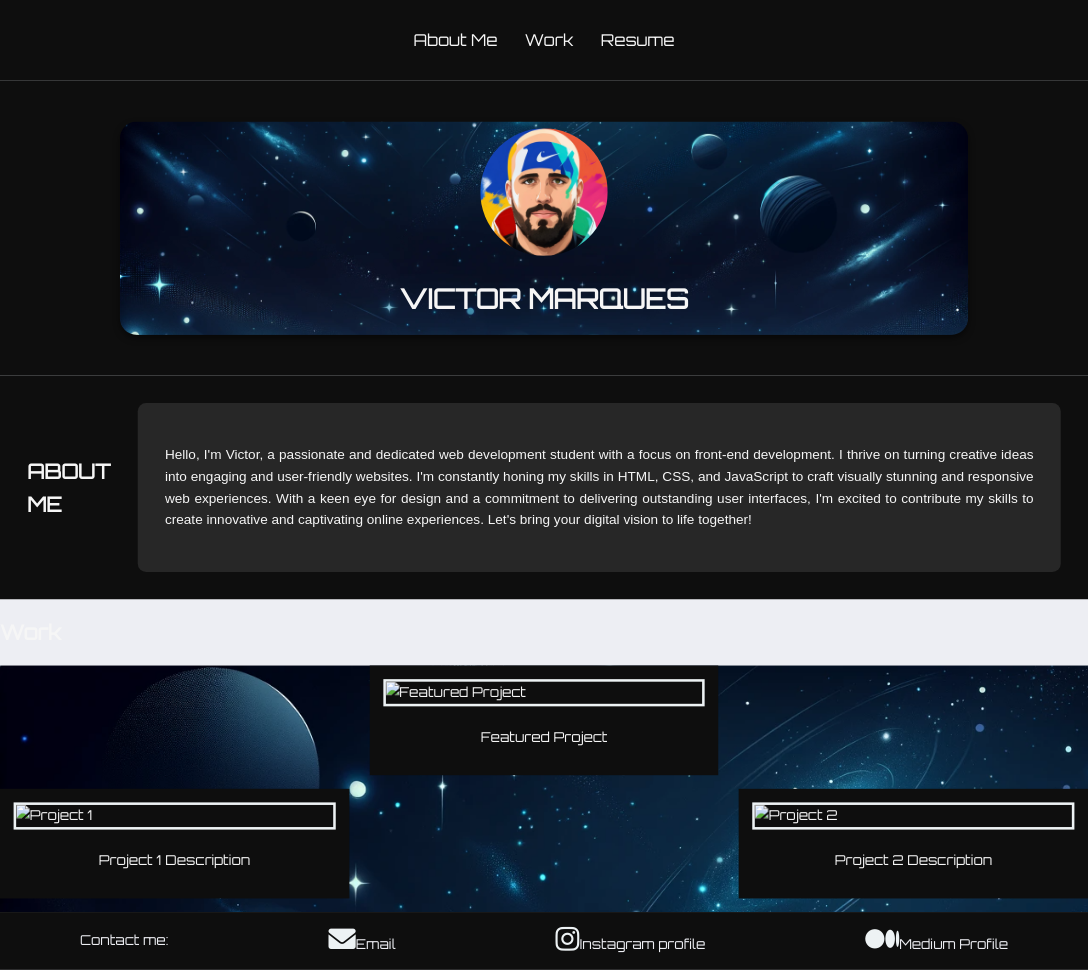
Repository: uvee35/Challenge2-Victor
Page: index.html
An editor plug-in stored every save of this project. The page is shown before and after the next save, followed by the edit.
The browser window is 1280 px wide. The pictures show the whole page, at 85% of full size.

Above is the page before, as saved 2023-12-12 22:14:40.
Not found: assets/project-featured.png
Not found: assets/project1.png
Not found: assets/project2.png

After the next save:
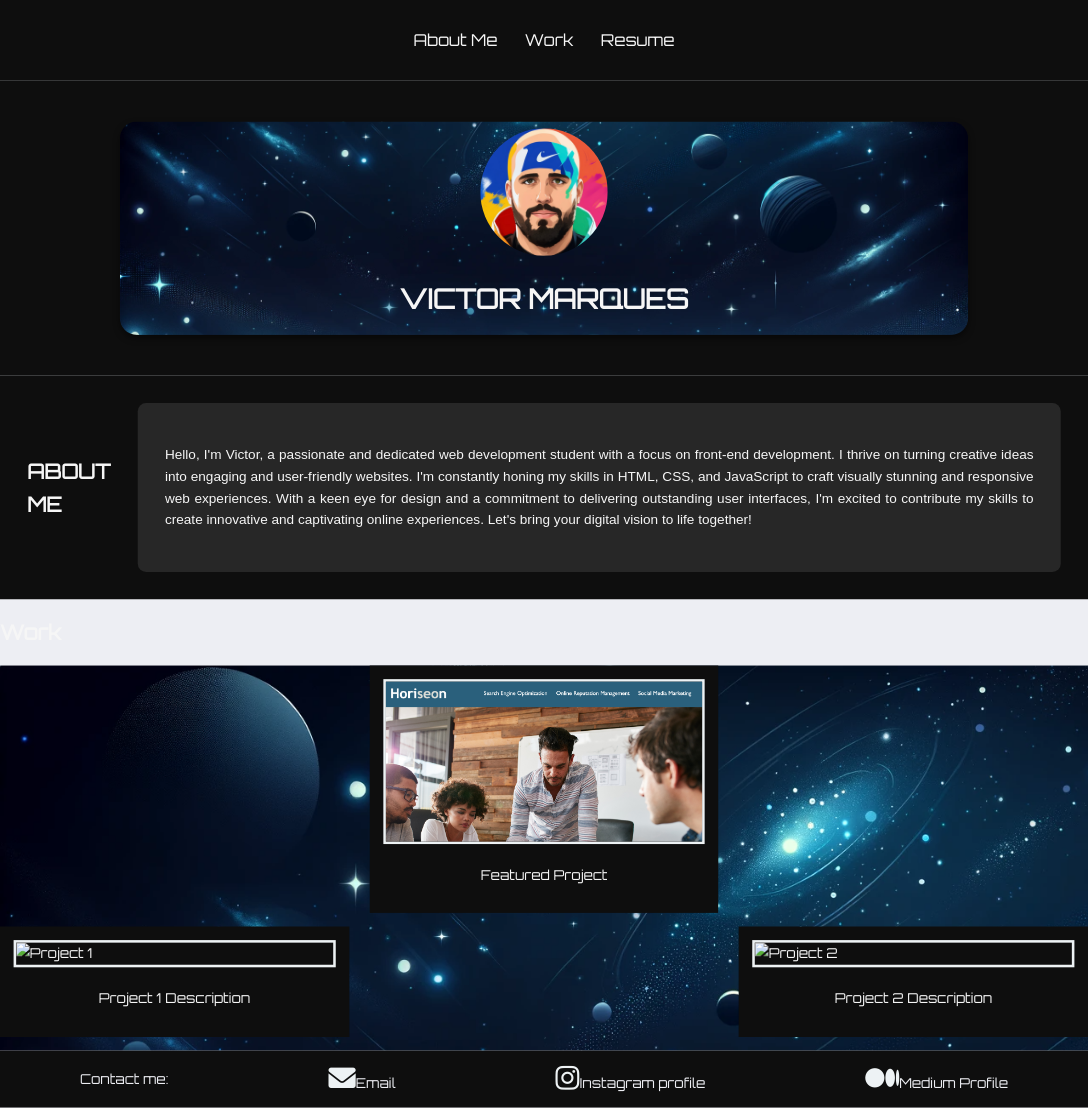
Saved 40 s later.
--- a/index.html
+++ b/index.html
@@ -65,7 +65,7 @@
           <!-- Top featured project -->
           <div class="project project--featured">
             <img
-              src="assets/project-featured.png"
+              src="./assets/project.png"
               alt="Featured Project"
               class="work__image"
             />
